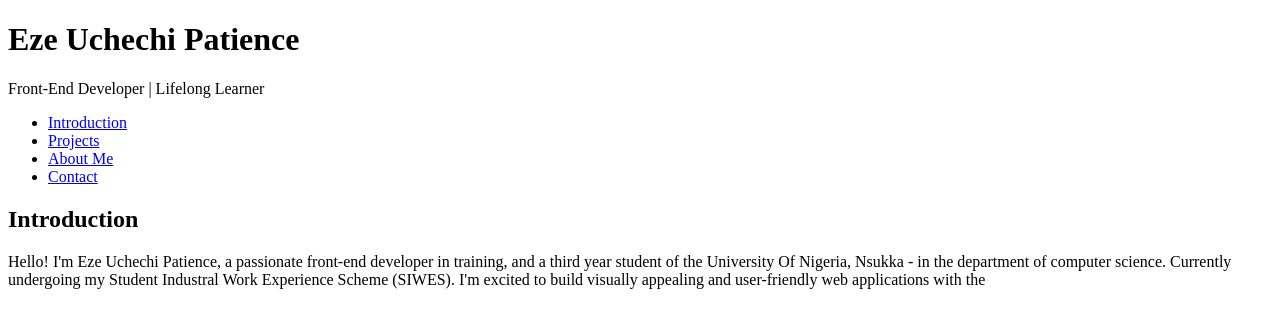
Repository: Patience225/My_First_Portfolio
Page: Portfolio/index.html
The author's editor kept a copy of each file at every save. The page is drawn from the files as they stood at one save, then again after the next save.
The browser window is 1280 px wide. The pictures show the whole page.

Above is the page before, as saved 2024-12-16 13:10:51.

After the next save:
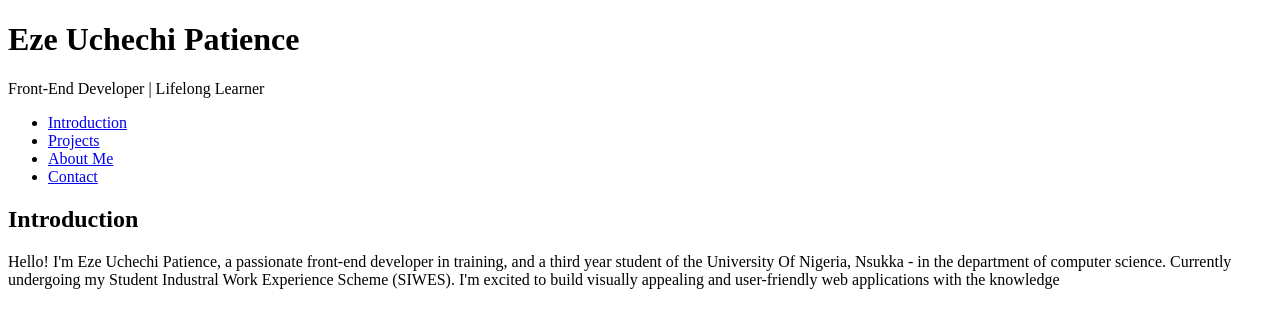
Saved 4 s later.
--- a/Portfolio/index.html
+++ b/Portfolio/index.html
@@ -19,7 +19,7 @@
     </nav>
     <section id="introduction">
       <h2>Introduction</h2>
-    <p>Hello! I'm Eze Uchechi Patience, a passionate front-end developer in training, and a third year student of the University Of Nigeria, Nsukka - in the department of computer science. Currently undergoing my Student Industral Work Experience Scheme (SIWES). I'm excited to build visually appealing and user-friendly web applications with the </p>
+    <p>Hello! I'm Eze Uchechi Patience, a passionate front-end developer in training, and a third year student of the University Of Nigeria, Nsukka - in the department of computer science. Currently undergoing my Student Industral Work Experience Scheme (SIWES). I'm excited to build visually appealing and user-friendly web applications with the knowledge </p>
     </section>
     <section id="projects"></section>
     <section id="about"></section>
